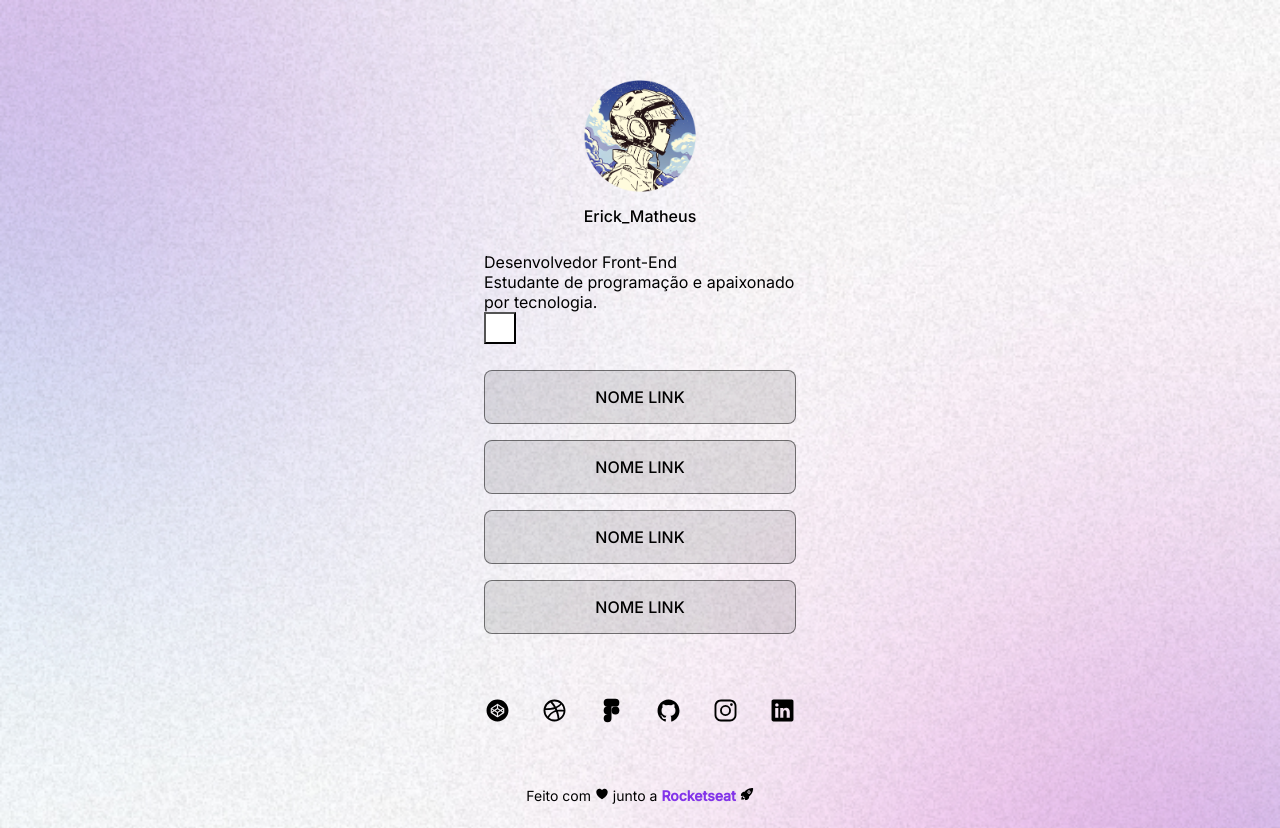
Repository: e-rickmatheus/project_dev_links
Page: index.html
An editor plug-in stored every save of this project. The page is shown before and after a run of saves, followed by the edit.
The browser window is 1280 px wide. The pictures show the whole page.

Above is the page before, as saved 2025-04-03 19:58:05.

After the next 5 saves:
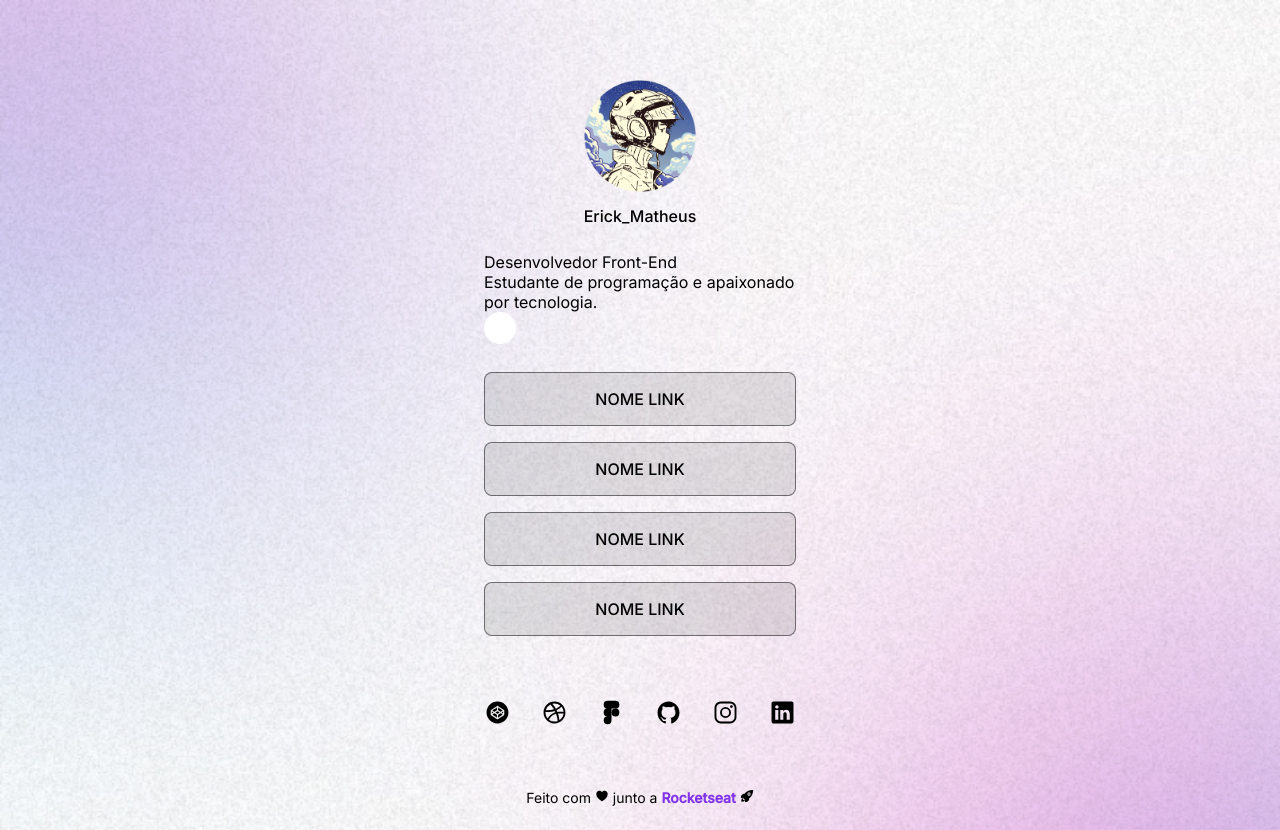
The 5 saves are shown as one change because they came seconds apart.
The last was saved 23 s later.
--- a/style.css
+++ b/style.css
@@ -96,6 +96,9 @@ body * { /* todos os elementos dentro do body */
 width: 32px;
 height: 32px;
 background: white;
+border: 0;
+border-radius: 50%;
+
 }
 
 
